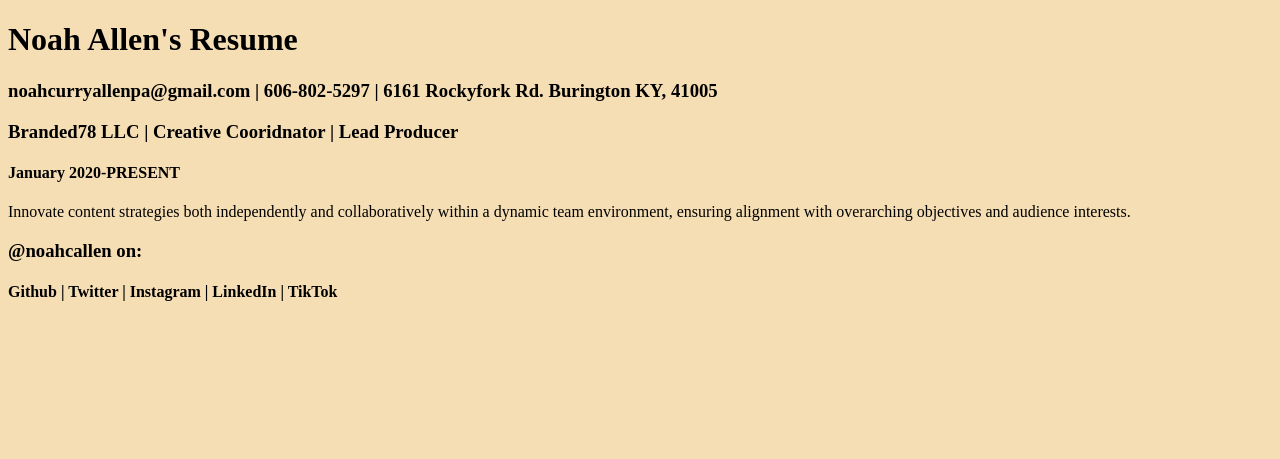
Repository: noahcallen/LAB-HTML-Resume
Page: index.html
The author's editor kept a copy of each file at every save. The page is drawn from the files as they stood at one save, then again after the next save.
The browser window is 1280 px wide. The pictures show the whole page.

Above is the page before, as saved 2024-07-08 21:30:27.

After the next save:
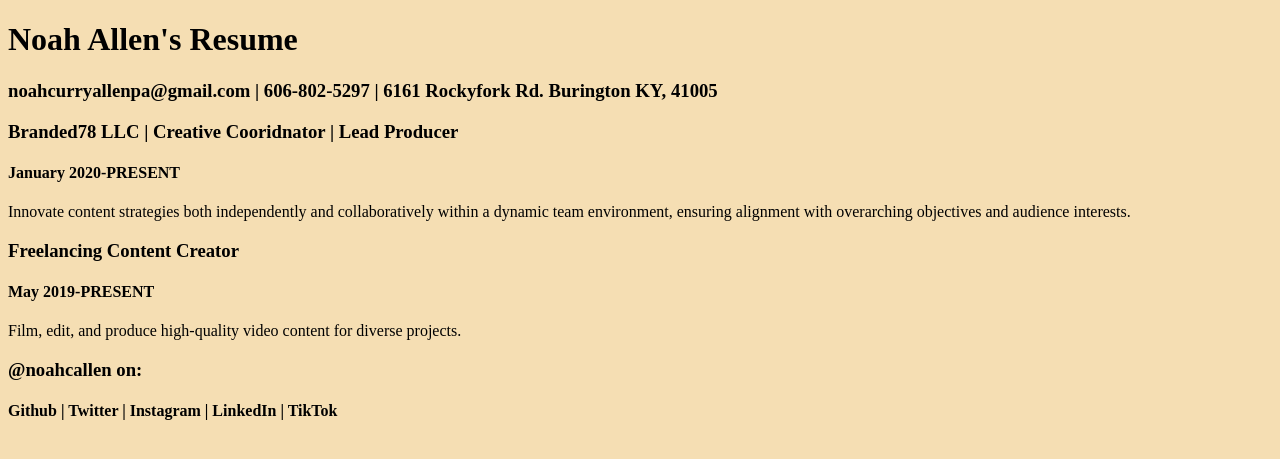
Saved 100 s later.
--- a/index.html
+++ b/index.html
@@ -23,9 +23,10 @@
   </article>
 
   <article id="Job2">
-    <h3></h3>
+    <h3>Freelancing Content Creator</h3>
+    <h4>May 2019-PRESENT</h4>
     <section>
-
+      <p>Film, edit, and produce high-quality video content for diverse projects.</p>
     </section>
   </article>
 
